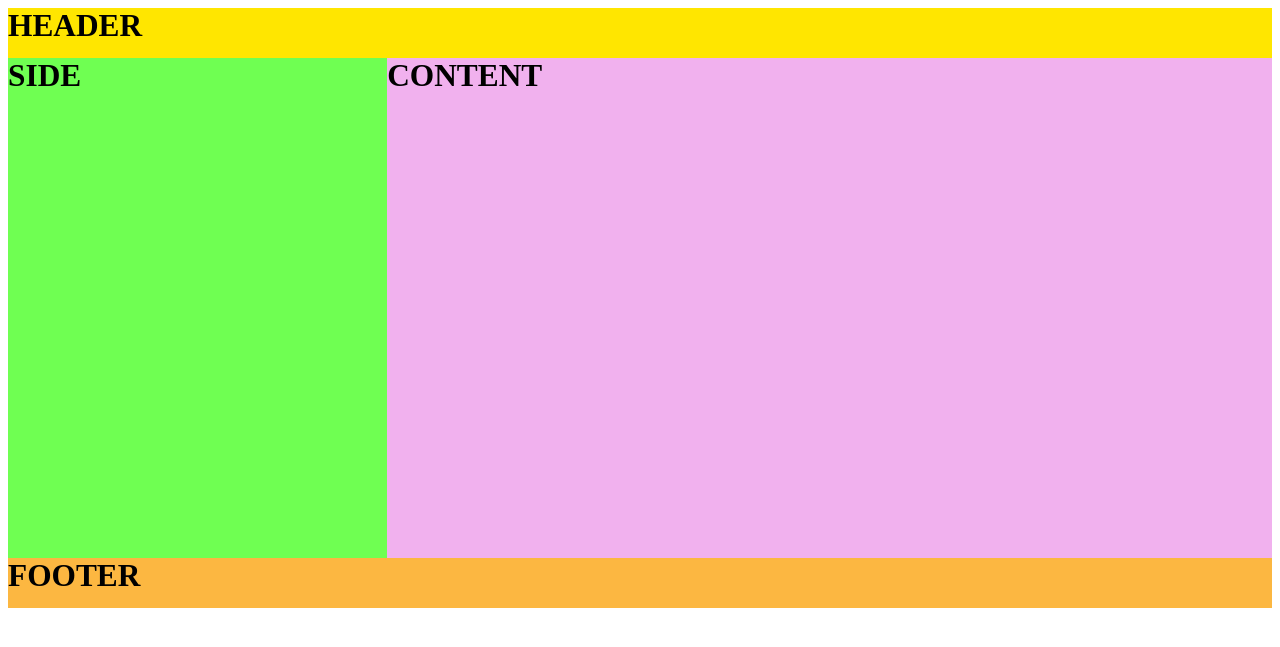
Repository: DuongThanhLong/Basic-responsive-HTML--CSS
Page: Flexbox/index.html
These files come from the project's save history. The page is drawn as it stood at one moment and after the next save; the edit follows.
The browser window is 1280 px wide. The pictures show the whole page.

Above is the page before, as saved 2021-09-21 18:14:52.

After the next save:
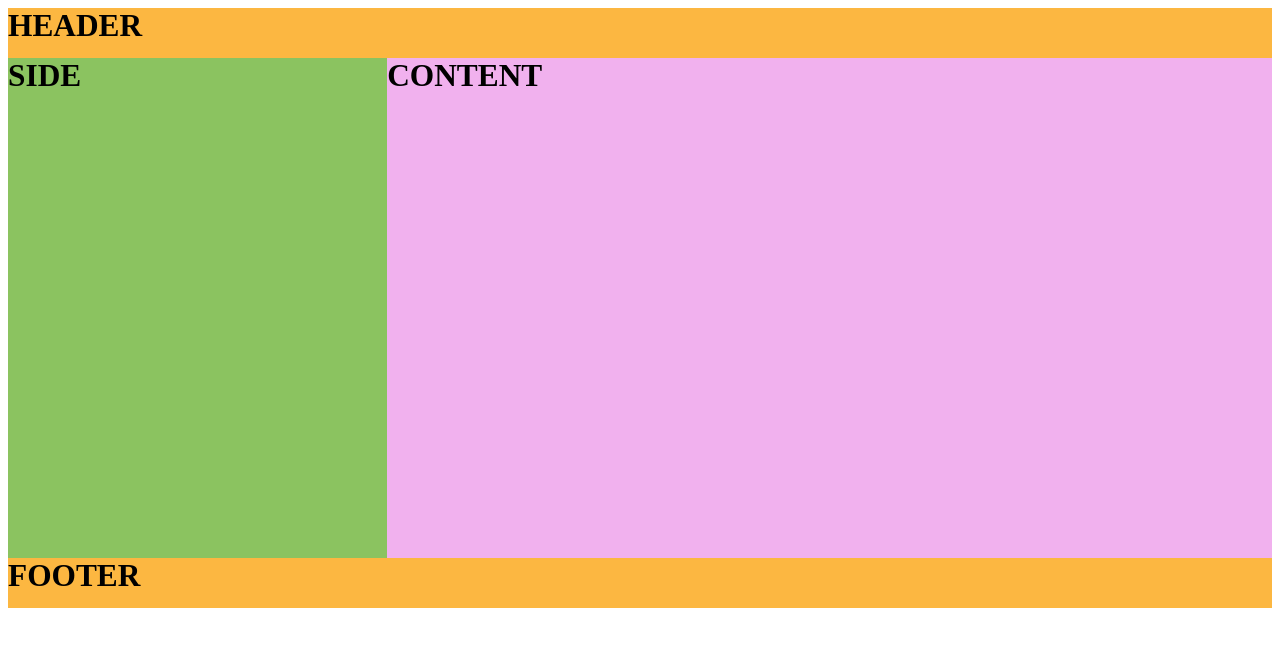
Saved 17 s later.
--- a/Flexbox/index.html
+++ b/Flexbox/index.html
@@ -14,7 +14,7 @@
 
         header {
             font-weight: bold;
-            background-color: rgb(255, 230, 0);
+            background-color: #FCB741;
             height: 50px;
         }
 
@@ -26,7 +26,7 @@
         .side {
             font-weight: bold;
             width: 30%;
-            background-color: rgba(43, 255, 0, 0.678);
+            background-color: #8BC360;
         }
 
         .content {
